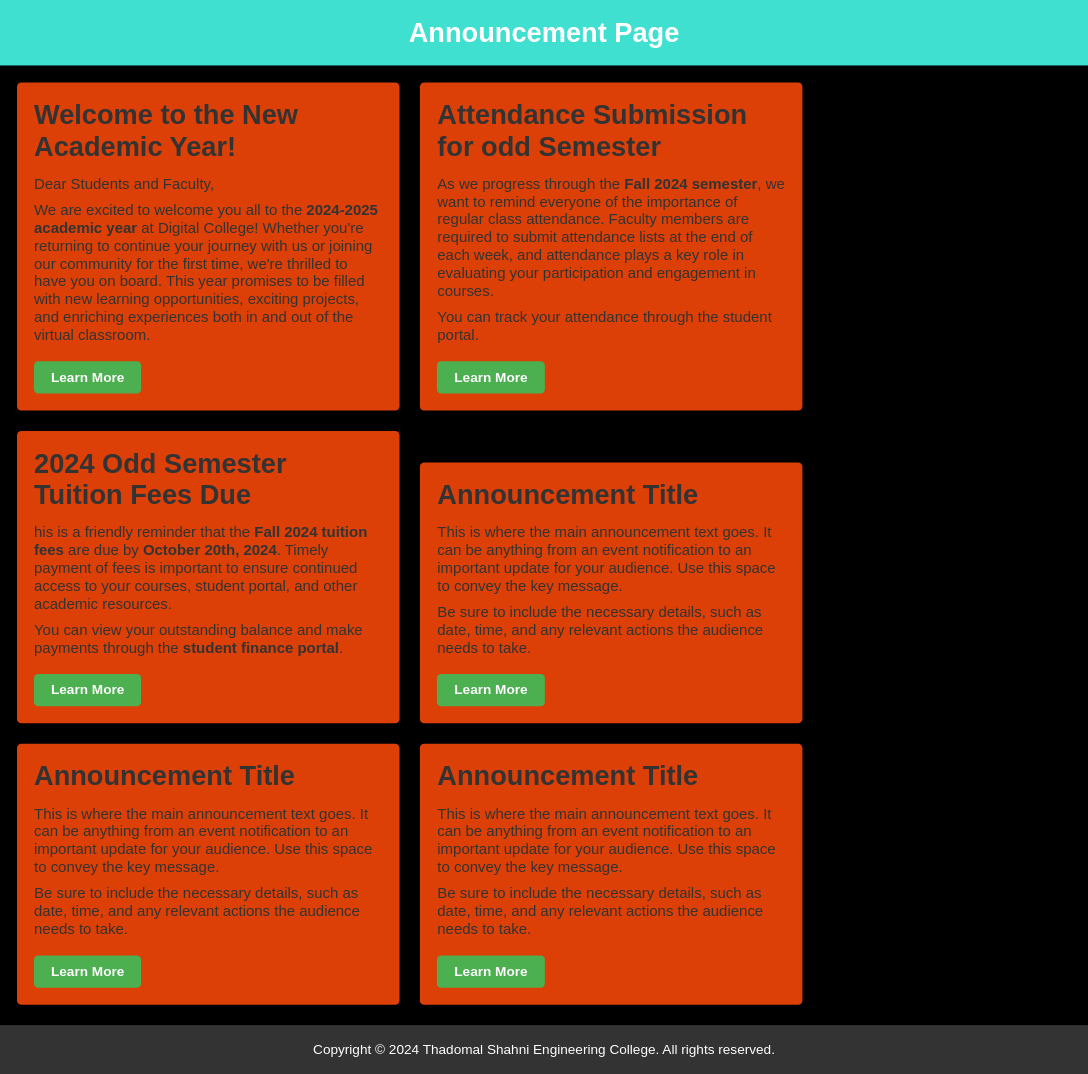
Repository: TejasS1233/MINITHON-hackathon-project
Page: annoucementpage.html
An editor plug-in stored every save of this project. The page is shown before and after the next save, followed by the edit.
The browser window is 1280 px wide. The pictures show the whole page, at 85% of full size.

Above is the page before, as saved 2024-09-20 09:45:52.

### annoucementpage.html
<!DOCTYPE html>
<html lang="en">
<head>
    <meta charset="UTF-8">
    <meta name="viewport" content="width=device-width, initial-scale=1.0">
    <meta http-equiv="X-UA-Compatible" content="ie=edge">
    <title>Announcement Page</title>
    <link rel="stylesheet" href="styles.css">
</head>
<body>

    <div class = "announcement-heading">
        <h1>Announcement Page</h1>
    </div>

    <div class="announcement-grid">
    <div class="announcement">
        <h2>Welcome to the New Academic Year!</h2>
        <p>
            Dear Students and Faculty,
        </p>
        <p>
            We are excited to welcome you all to the <strong>2024-2025 academic year</strong> at Digital College!
        Whether you're returning to continue your journey with us or joining our community for the first time,
        we're thrilled to have you on board. This year promises to be filled with new learning opportunities,
        exciting projects, and enriching experiences both in and out of the virtual classroom.
        </p>
        <a href="#" class="cta-button">Learn More</a>
    </div>
    <div class="announcement">
        <h2>Attendance Submission for odd Semester</h2>
        <p>
            As we progress through the <strong>Fall 2024 semester</strong>, we want to remind everyone of the importance of
            regular class attendance. Faculty members are required to submit attendance lists at the end of each week,
            and attendance plays a key role in evaluating your participation and engagement in courses.
        </p>
        <p>
            You can track your attendance through the student portal.
        </p>
        <a href="#" class="cta-button">Learn More</a>
    </div>
    <div class="announcement">
        <h2>2024 Odd Semester Tuition Fees Due</h2>
        <p>
            his is a friendly reminder that the <strong>Fall 2024 tuition fees</strong> are due by <strong>October 20th, 2024</strong>.
            Timely payment of fees is important to ensure continued access to your courses, student portal, and other academic resources.
        </p>
        <p>
            You can view your outstanding balance and make payments through the <strong>student finance portal</strong>.
        </p>
        <a href="#" class="cta-button">Learn More</a>
    </div>
    <div class="announcement">
        <h2>Announcement Title</h2>
        <p>
            This is where the main announcement text goes. It can be anything from an event notification to
            an important update for your audience. Use this space to convey the key message.
        </p>
        <p>
            Be sure to include the necessary details, such as date, time, and any relevant actions the
            audience needs to take.
        </p>
        <a href="#" class="cta-button">Learn More</a>
    </div>
    <div class="announcement">
        <h2>Announcement Title</h2>
        <p>
            This is where the main announcement text goes. It can be anything from an event notification to
            an important update for your audience. Use this space to convey the key message.
        </p>
        <p>
            Be sure to include the necessary details, such as date, time, and any relevant actions the
            audience needs to take.
        </p>
        <a href="#" class="cta-button">Learn More</a>
    </div>
    <div class="announcement">
        <h2>Announcement Title</h2>
        <p>
            This is where the main announcement text goes. It can be anything from an event notification to
            an important update for your audience. Use this space to convey the key message.
        </p>
        <p>
            Be sure to include the necessary details, such as date, time, and any relevant actions the
            audience needs to take.
        </p>
        <a href="#" class="cta-button">Learn More</a>
    </div>
</div>

    <footer>
        <p> Copyright &copy; 2024 Thadomal Shahni Engineering College. All rights reserved.</p>
    </footer>
</body>
</html>

### styles.css
* {
    margin: 0;
    padding: 0;
    box-sizing: border-box;
}

body {
    font-family: 'Arial', sans-serif;
    background-color: black;
    color: #333;
}


.announcement-heading {
    background-color: turquoise;
    color: white;
    padding: 20px 0;
    text-align: center;
    margin-bottom: 20px;
}

.class announcement-grid
{
    display: grid;
    grid-template-columns: repeat(auto-fit, minmax(450px, 1fr));
    gap: 20px;
    padding: 20px;
    margin-bottom: 20px;
    position: absolute;
}

.announcement {
    background-color: rgb(220, 64, 7);
    padding: 20px;
    border-radius: 5px;
    box-shadow: 0 2px 10px rgba(0, 0, 0, 0.5);
    margin-bottom: 20px;
    margin-left: 20px;
    max-width: 450px;
    display: inline-block;
    position: relative;
    overflow: hidden;
}

.announcement h2 {
    font-size: 2em;
    margin-bottom: 15px;
}

.announcement p {
    margin-bottom: 10px;
    font-size: 1.1em;
}

.cta-button {
    display: inline-block;
    background-color: #4CAF50;
    color: white;
    padding: 10px 20px;
    text-decoration: none;
    border-radius: 5px;
    margin-top: 10px;
    font-weight: bold;
    transition: background-color 1s;
}

.cta-button:hover {
    background-color: #45a049;
    cursor: pointer;
}


footer {
    text-align: center;
    padding: 20px 0;
    background-color: #333;
    color: white;
    position: relative;
    width: 100%;
    bottom: 0;
}

After the next save:
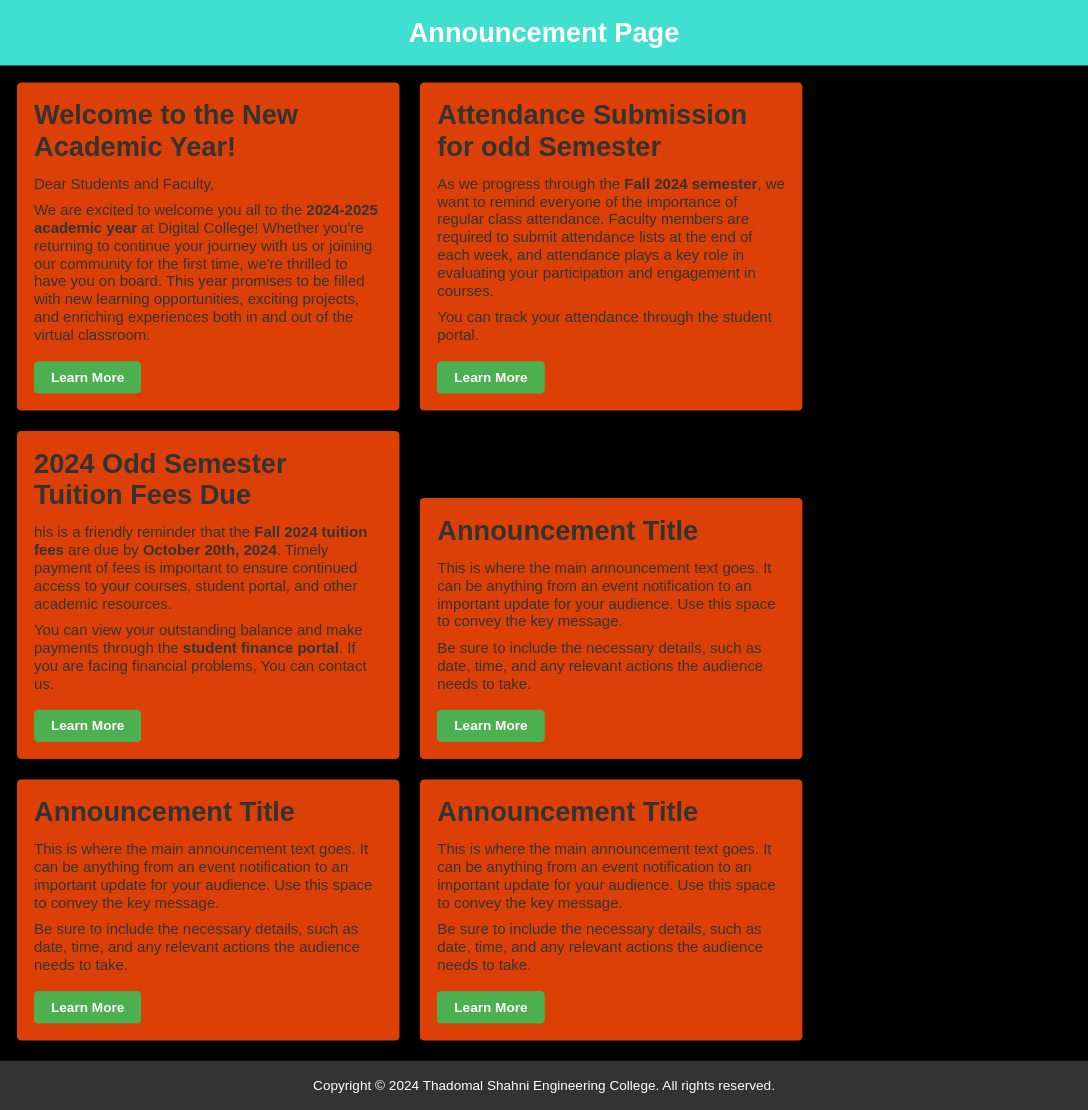
Saved 17 s later.
--- a/annoucementpage.html
+++ b/annoucementpage.html
@@ -46,7 +46,7 @@
             Timely payment of fees is important to ensure continued access to your courses, student portal, and other academic resources.
         </p>
         <p>
-            You can view your outstanding balance and make payments through the <strong>student finance portal</strong>.
+            You can view your outstanding balance and make payments through the <strong>student finance portal</strong>. If you are facing financial problems, You can contact us.
         </p>
         <a href="#" class="cta-button">Learn More</a>
     </div>
